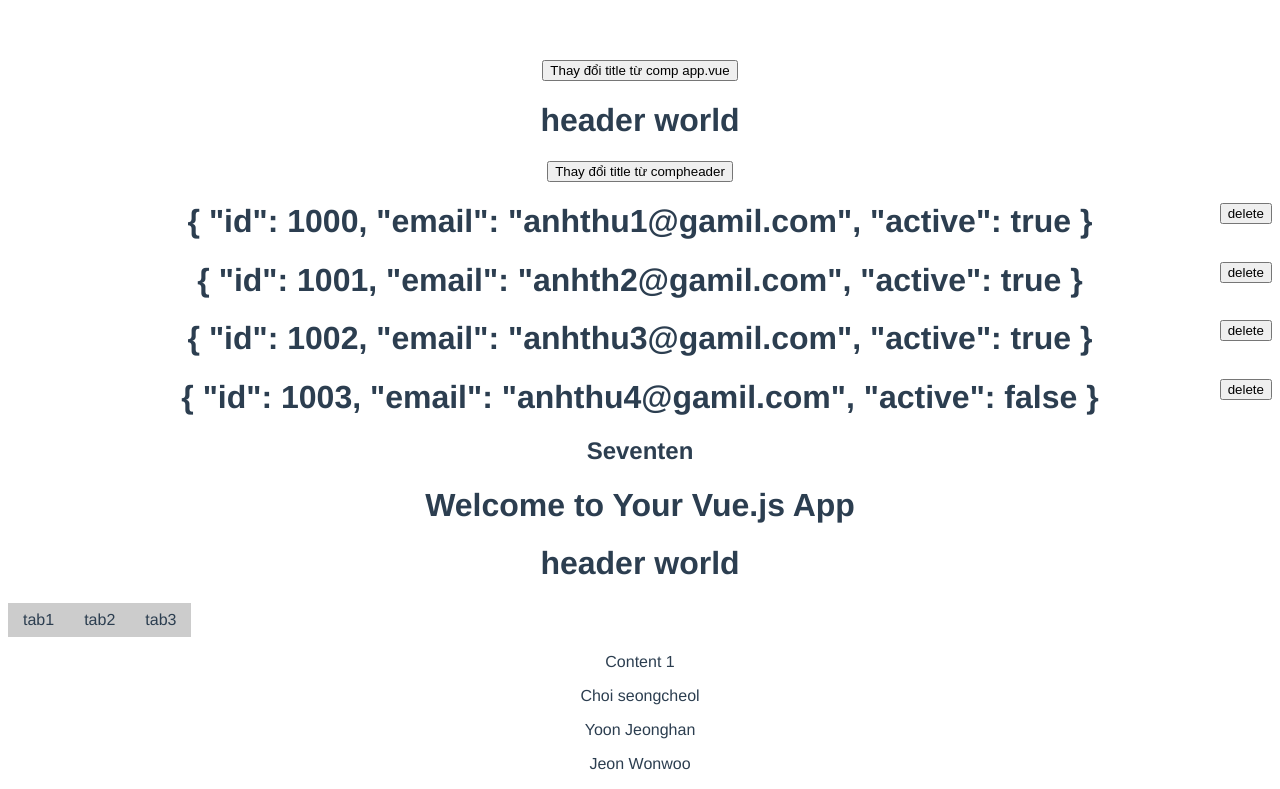
Repository: anhthu112/Todo-list
Page: /
The author's editor kept a copy of each file at every save. The page is drawn from the files as they stood at one save, then again after the next save.
The browser window is 1280 px wide. The pictures show the whole page.
The project was rebuilt for these pictures with package versions that can differ from the ones it lists, and the page was loaded fresh each time. Also part of the build but not shown: vue.config.js.

Above is the page before, as saved 2024-01-29 16:50:19.

### src/App.vue
<template>
  <div class="container">
    <button v-on:click="title='Yoon Jeonghan'">Thay đổi title từ comp app.vue</button>
    <CompHeader v-bind:titles="title"
    v-on:changeTitleEvents="changeTitleEvent"
    />
    <ListUser v-bind:listUser="listUser" v-bind:text="textSvt"
    v-on:deleteEvent="handleDeleteUser"
    />
    <HelloWorld msg="Welcome to Your Vue.js App"/>
    <ComFooter v-bind:title="title"/>
    <DemoRef>
      <p>mệt quá em muốn về nhà</p>
    </DemoRef>
  </div>
  <CompTodo/>

</template>

<script>
import HelloWorld from './components/HelloWorld.vue'
import CompHeader from './components/CompHeader.vue';
import ComFooter from './components/ComFooter.vue';
import ListUser from './components/ListUser.vue';
import DemoRef from './components/DemoRef.vue';
import CompTodo from './components/CompTodo.vue'
export default {
  name: 'App',
  data(){
    return {
      title:'header world',
      listUser : [
        {id:1000, email:'anhthu1@gamil.com', active: true},
        {id:1001, email:'anhth2@gamil.com', active: true},
        {id:1002, email:'anhthu3@gamil.com', active: true},
        {id:1003, email:'anhthu4@gamil.com', active: false}
      ],
      textSvt: "Seventen",
    }
  },
  components: {
    HelloWorld,
    CompHeader,
    ComFooter,
    ListUser,
    DemoRef,
    CompTodo,
},
  methods:{
    changeTitleEvent(){
      console.log('sucess');
      this.title="Hello Anna";
    },
    handleDeleteUser(data) {
  console.log('mit moi', data);
  this.listUser = this.listUser.filter(a => a.id !== data.id);
  console.log(this.listUser);
}

  }
}
</script>

<style>
#app {
  font-family: Avenir, Helvetica, Arial, sans-serif;
  -webkit-font-smoothing: antialiased;
  -moz-osx-font-smoothing: grayscale;
  text-align: center;
  color: #2c3e50;
  margin-top: 60px;
}
</style>

### src/components/CompHeader.vue
<template>
    <header>
        <h1>{{ titles }}</h1>
    </header>
    <button v-on:click="changeHeader">Thay đổi title từ compheader</button>
</template>
<script>
    export default{
        name: 'comp-header',
        props:{
            titles: String,
        },
        data (){
            return {
            }
        },
        methods:{
            changeHeader(){
                console.log('before');
                this.$emit('changeTitleEvents');
                console.log('after');
            }
        }
    }
</script>

### src/components/ComFooter.vue
<template>
    <footer>
            <h1>{{ title }}</h1>
    </footer>

</template>
<script>
    export default{
        name: 'comp-footer',
        props: {
            title: String,
        }
    }
</script>

### src/components/ListUser.vue
<template>
    <div class="list-user">
      <User v-for="users in listUser" v-bind:key="users.id" v-bind:user="users"
      v-on:deleteUsert="deleteUser"
       />
      <h2> {{ text }}</h2>
    </div>
</template>

  <script>
  import User from './User.vue';
  export default {
    name: 'ListUser',
    props: {
      listUser: {
        type: Array,
      },
      text: {
        type: String,
      }
    },
    components: {
      User,
    },
    methods:{
      deleteUser(data){
        this.$emit('deleteEvent', data)
        console.log('delete trong listuser',data)
      }
    }
  };
  </script>

### src/components/DemoRef.vue
<template>
    <CompTask>
        <ul class='tabs-header'>
            <li v-for="(item,index) in tabsHeader"
            v-bind:key="index"
            v-on:click="changeTab(index)"
            v-bind:class="{active: tabActive==index}"
            >{{ item.text }}</li>
        </ul>
        <div class="tab-content tab1" v-if="tabActive === 0">
            <p>Content 1</p>
        </div>
        <div class="tab-content tab2"  v-if="tabActive === 1">
            <p>Content 2</p>
        </div>
        <div class="tab-content tab3"  v-if="tabActive === 2">
            <p>Content 3</p>
        </div>
    </CompTask>
</template>

<script>
import CompTask from './CompTask.vue'
export default {
    name: 'demo-slot',
    components: {
        CompTask
    },
    data(){
        return {
            tabsHeader:[
                {text: 'tab1'},
                {text: 'tab2'},
                {text: 'tab3'},

            ],
            tabActive : 0
        }
    },
    methods: {
            changeTab(index){
                this.tabActive=index;
            }
        }
}
</script>
<style>
    .active{
        background: #000;
    }
</style>

### src/components/CompTodo.vue
<template>
  <TodoItem v-for="todo in todo" v-bind:key="todo" v-bind:todoProps="todo"/>
</template>
<script>
import TodoItem from './TodoItem.vue'
import {ref} from 'vue'
export default {
    name: 'ToDo',
    setup(){
        const todo = ref (['Choi seongcheol', 'Yoon Jeonghan', 'Jeon Wonwoo'])
        return {
            todo
        }
    },
    components: {
        TodoItem,
    }
}
</script>

<style>

</style>

### src/components/User.vue
<template>
    <div class="user">
        <h1>{{ user }}</h1>
        <button class="delete"
        v-on:click="handleDelete"
        >delete</button>
    </div>
</template>
<script>
    export default {
        name: 'userComponent',
        props:{
            user : {
                type: Object,
            }
        },
        methods:{
            handleDelete(){
                var data ={
                    id: this.user.id
                }
                console.log('hello');
                this.$emit('deleteUsert',data)
            }
        },
        data (){
            return {

            }
        }
    }
</script>
<style>
    .user{
        position: relative;
    }
    .delete{
        position: absolute;
        top:0;
        right:0;
    }
</style>

### src/components/CompTask.vue
<template>
    <h1>{{ title }}</h1>
    <slot></slot>
</template>

<script>
export default {
    name: 'comp-task',
    props:{
        title: String,
    },
    data (){
        return {

        }
    },
    methods: {

    }
}
</script>

<style>
    .tabs-header{
        margin:0;
        padding:0;
        display:flex;
        list-style: none;
    }
    .tabs-header li{
        padding: 8px 15px;
        background: #ccc;
        cursor: pointer;
    }
    .tabs-header li:hover{
        background: #333;
        color:#fff;
    }
</style>

### src/components/TodoItem.vue
<template>
  <p>{{ todoProps }}</p>
</template>

<script>
export default {
    name:'todo-item',
    props:['todoProps']
}
</script>

<style>

</style>

Loaded but not shown: public/index.html (common file); src/main.js (common file); src/components/HelloWorld.vue (common file)

After the next save:
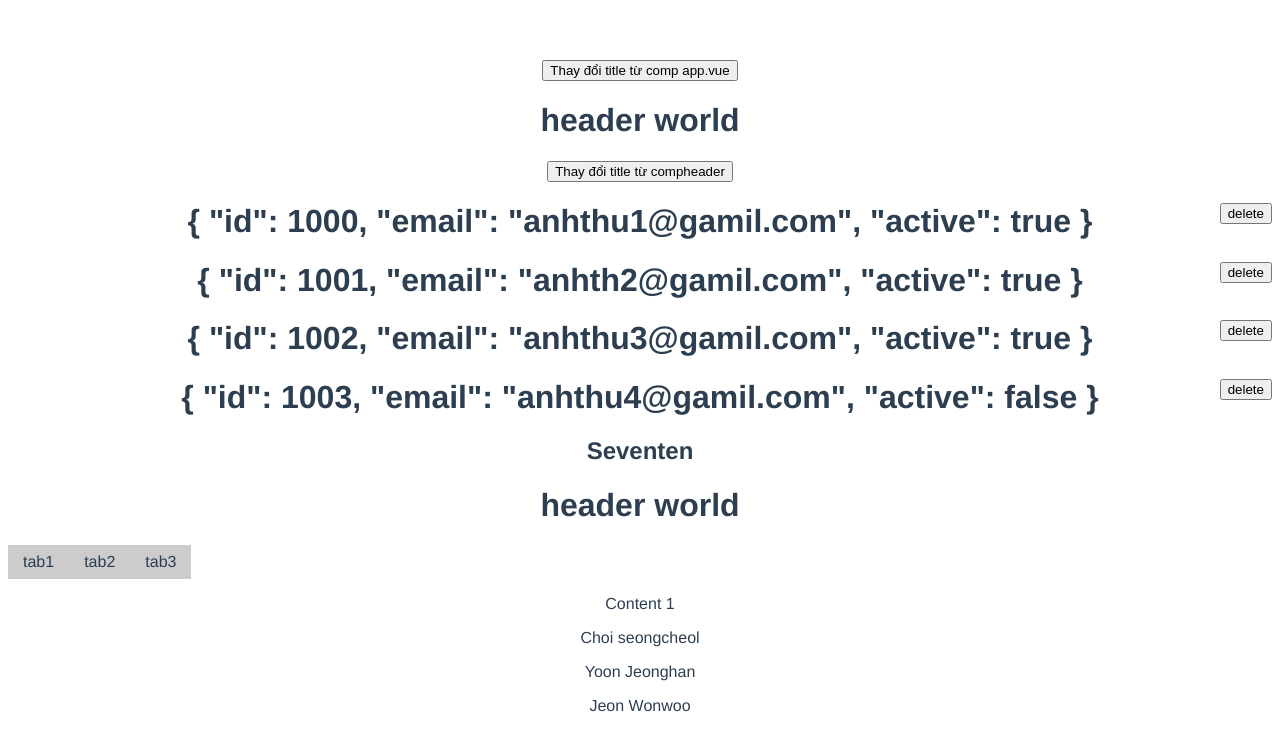
Saved 20 s later.
--- a/src/App.vue
+++ b/src/App.vue
@@ -7,7 +7,6 @@
     <ListUser v-bind:listUser="listUser" v-bind:text="textSvt"
     v-on:deleteEvent="handleDeleteUser"
     />
-    <HelloWorld msg="Welcome to Your Vue.js App"/>
     <ComFooter v-bind:title="title"/>
     <DemoRef>
       <p>mệt quá em muốn về nhà</p>
@@ -18,7 +17,6 @@
 </template>
 
 <script>
-import HelloWorld from './components/HelloWorld.vue'
 import CompHeader from './components/CompHeader.vue';
 import ComFooter from './components/ComFooter.vue';
 import ListUser from './components/ListUser.vue';
@@ -39,7 +37,6 @@ export default {
     }
   },
   components: {
-    HelloWorld,
     CompHeader,
     ComFooter,
     ListUser,
